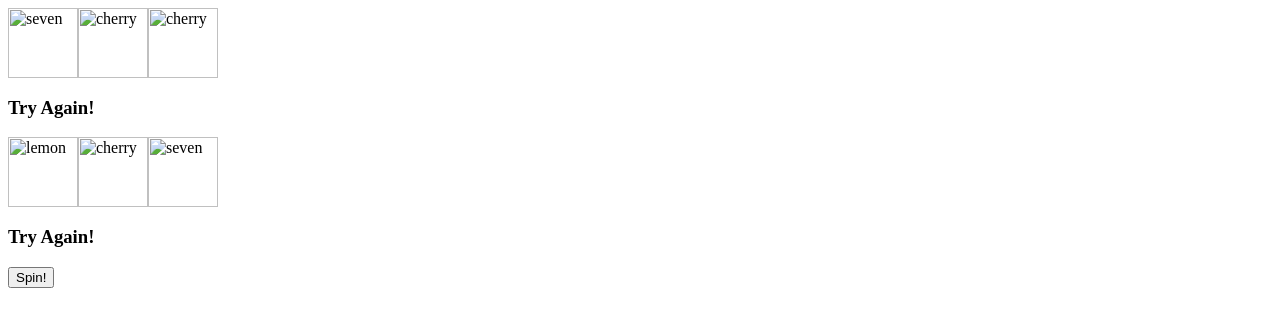
Repository: TheRealCisco/f2017CST336
Page: http://localhost/777/index.php
The author's editor kept a record of every edit. The page is drawn from the files as they stood at one moment, then again after the next edit.
The browser window is 1280 px wide. The pictures show the whole page.
The page is run by PHP 8.4 with error messages shown; the project is at /var/www/html/.

Above is the page before.

### 777/index.php

<?php
include 'inc/functions.php';

?>
<!DOCTYPE html>
<html>
    <head>
        <title> 777 Slot Machine </title>
    </head>
    <body>
       <?php
       play();
       ?>
        <form>
            <input type="submit" value="Spin!"/>
        </form>
    </body>
</html>

### 777/inc/functions.php
 <?php
        for($i=1;$i<4;$i++){
            ${"randomValue" . $i}=rand(0,2);
            displaySymbol(${"randomValue".$i});
        }
        displayPoints($randomValue1,$randomValue2,$randomValue3);

        function displaySymbol($randomValue){
        switch($randomValue){
            case 0:$symbol="seven";
            break;
            case 1:$symbol="cherry";
            break;
            case 2:$symbol="lemon";
            break;

        }
         echo"<img id = src='img/$symbol.png' alt ='$symbol' title='".ucfirst($symbol)."' width='70'>";

    }
            function displayPoints($randomValue1,$randomValue2,$randomValue3){
             echo"<div id='output'>";
             if($randomValue1==$randomValue2 && $randomValue2==$randomValue3){
                 switch($randomValue1){
                     case 0:$totalPoints=1000;
                     echo "<h1>Jackpot!</h1>";
                     break;
                     case 1:$totalPoints=500;
                     break;
                     case 2:$totalPoints=250;
                     break;
                 }
                 echo "<h2>You Won $totalPoints points!</h2>";
             }else{
                 echo "<h3>Try Again! </h3>";
             }
             echo "</div>";
         }
         function play(){
             for($i=1;$i<4;$i++){
                 ${"randomValue" . $i}=rand(0,2);
                 displaySymbol(${"randomValue" . $i});
             }
             displayPoints($randomValue1,$randomValue2,$randomValue3);
         }
        ?>

After the next edit:
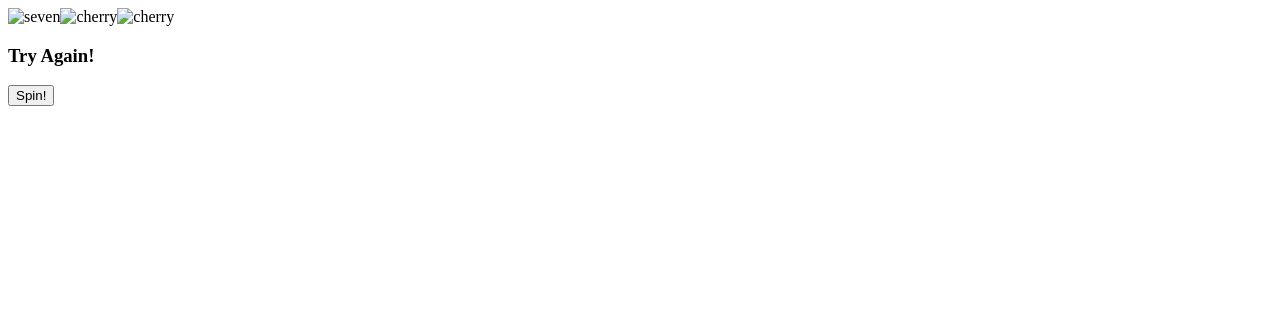
The edit:
--- a/777/inc/functions.php
+++ b/777/inc/functions.php
@@ -1,9 +1,5 @@
  <?php
-        for($i=1;$i<4;$i++){
-            ${"randomValue" . $i}=rand(0,2);
-            displaySymbol(${"randomValue".$i});
-        }
-        displayPoints($randomValue1,$randomValue2,$randomValue3);
+
 
         function displaySymbol($randomValue){
         switch($randomValue){
